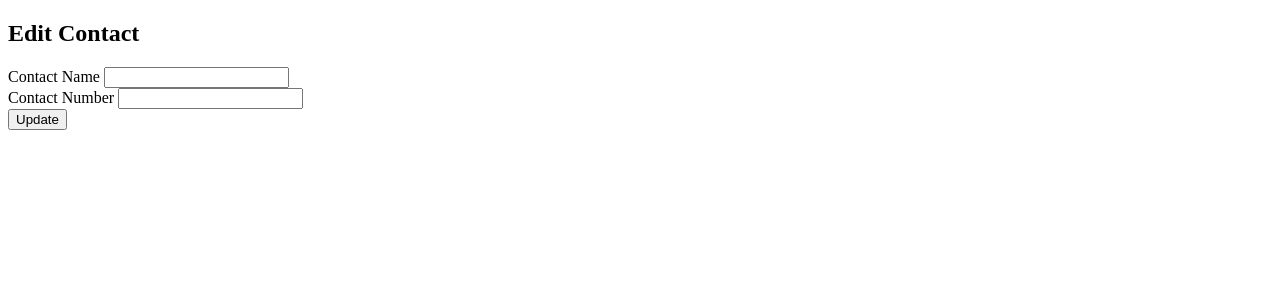
Repository: abkc727/handson-assignments
Page: http://localhost/contact-app/editcontacts.jsp
An editor plug-in stored every save of this project. The page is shown before and after the next save, followed by the edit.
The browser window is 1280 px wide. The pictures show the whole page.
The page is served by Tomcat 9. Other server files are loaded and not shown.

Above is the page before, as saved 2020-10-01 09:28:42.

### Day 13 - CONTACT-APP/contact-app/WebContent/editcontacts.jsp
<%@ page language="java" contentType="text/html; charset=ISO-8859-1"
    pageEncoding="ISO-8859-1"%>
<!DOCTYPE html>
<html>
<head>
<meta charset="ISO-8859-1">
<title>Insert title here</title>
</head>
<body>
	<h2>Edit Contact</h2>
	<form action = "EditContactServlet" method = "post">
		<label>
			Contact Name <input type = "text" name = "name">
		</label>
		<br />
		<label>
			Contact Number <input type = "text" name = "phone">
		</label>
		<br />
		<input type = "submit" value = "Update">
	</form>


</body>
</html>

After the next save:
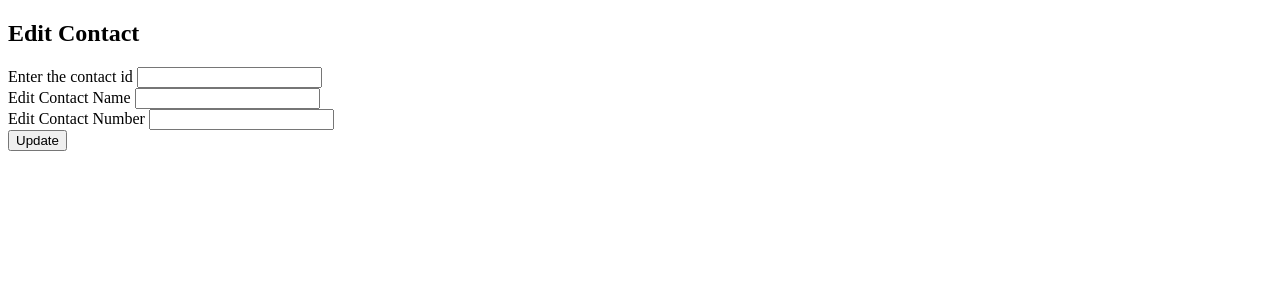
Saved 3 min 19 s later.
--- a/Day 13 - CONTACT-APP/contact-app/WebContent/editcontacts.jsp
+++ b/Day 13 - CONTACT-APP/contact-app/WebContent/editcontacts.jsp
@@ -10,11 +10,16 @@
 	<h2>Edit Contact</h2>
 	<form action = "EditContactServlet" method = "post">
 		<label>
-			Contact Name <input type = "text" name = "name">
+			Enter the contact id <input type = "text" name = "id">
+		</label>
+		<br />
+
+		<label>
+			Edit Contact Name <input type = "text" name = "name">
 		</label>
 		<br />
 		<label>
-			Contact Number <input type = "text" name = "phone">
+			Edit Contact Number <input type = "text" name = "phone">
 		</label>
 		<br />
 		<input type = "submit" value = "Update">
